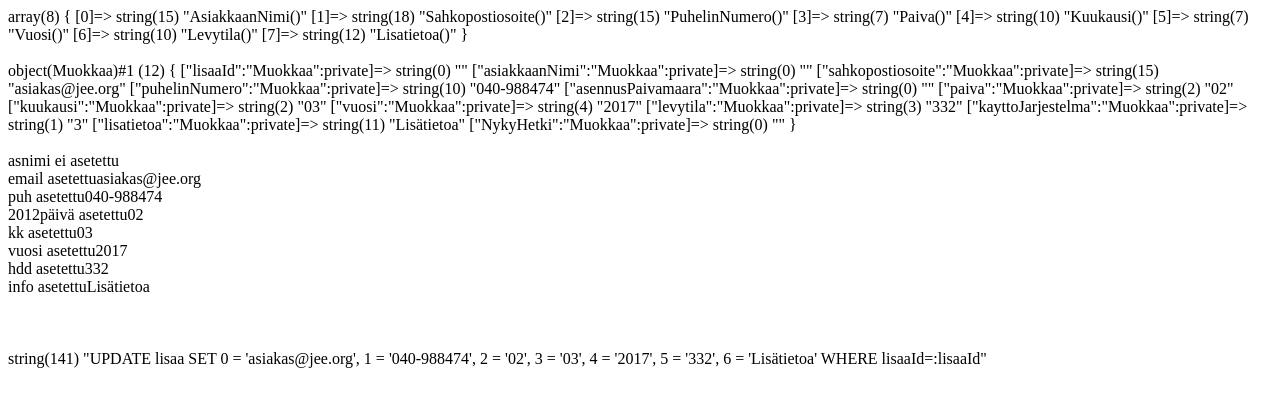
Repository: TommiKurjensalo/php
Page: http://localhost/test/function_to_function.php
An editor plug-in stored every save of this project. The page is shown before and after the next save, followed by the edit.
The browser window is 1280 px wide. The pictures show the whole page.
The page is run by PHP 8.4 with error messages shown; the project is at /var/www/html/.

Above is the page before, as saved 2017-04-25 17:08:56.

After the next save:
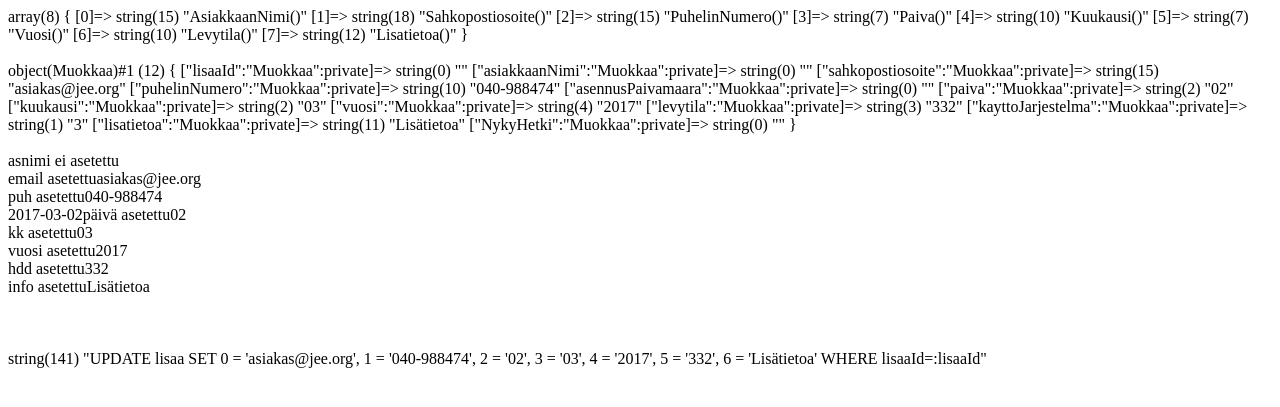
Saved 72 s later.
--- a/sivut/test/function_to_function.php
+++ b/sivut/test/function_to_function.php
@@ -384,7 +384,7 @@ public function muokkaaAsiakas($muokkaa) {
 	echo (!empty($muokkaa->getPuhelinNumero()) ? 'puh asetettu'.$data[]=$muokkaa->getPuhelinNumero() :'puh ei asetettu');
 	echo "<br>";
 	echo ((!empty($muokkaa->getPaiva()) && !empty($muokkaa->getKuukausi()) && !empty($muokkaa->getVuosi()))
-	? $asennusPaivamaara=$muokkaa->getVuosi()-$muokkaa->getKuukausi()-$muokkaa->getPaiva() : '');
+	? ($asennusPaivamaara=$muokkaa->getVuosi().'-'.$muokkaa->getKuukausi().'-'.$muokkaa->getPaiva()) : ' aspvm syöttäminen epäonnistui');
 	echo (!empty($muokkaa->getPaiva()) ? 'päivä asetettu'.$data[]=$muokkaa->getPaiva() :'päivä ei asetettu');
 	echo "<br>";
 	echo (!empty($muokkaa->getKuukausi()) ? 'kk asetettu'.$data[]=$muokkaa->getKuukausi() :'kk ei asetettu');
